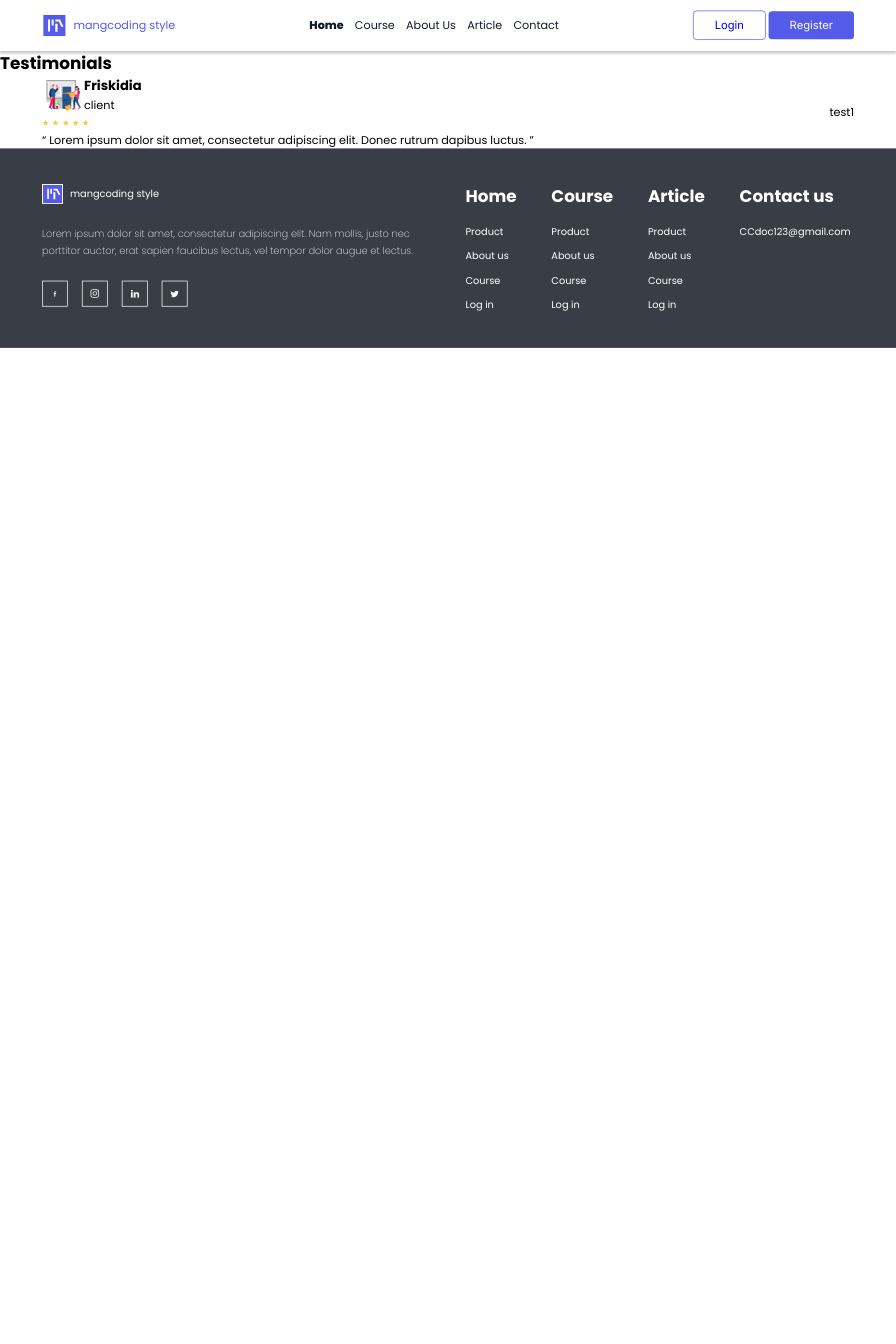
Repository: Dania-Alqam/landing-page
Page: index.html
These files come from the project's save history. The page is drawn as it stood at one moment and after the next save; the edit follows.
The browser window is 1280 px wide. The pictures show the part of the page from y = 0 to 1920 px (the page is 5000 px tall), at 70% of full size.

Above is the page before, as saved 2024-06-22 01:03:38.

After the next save:
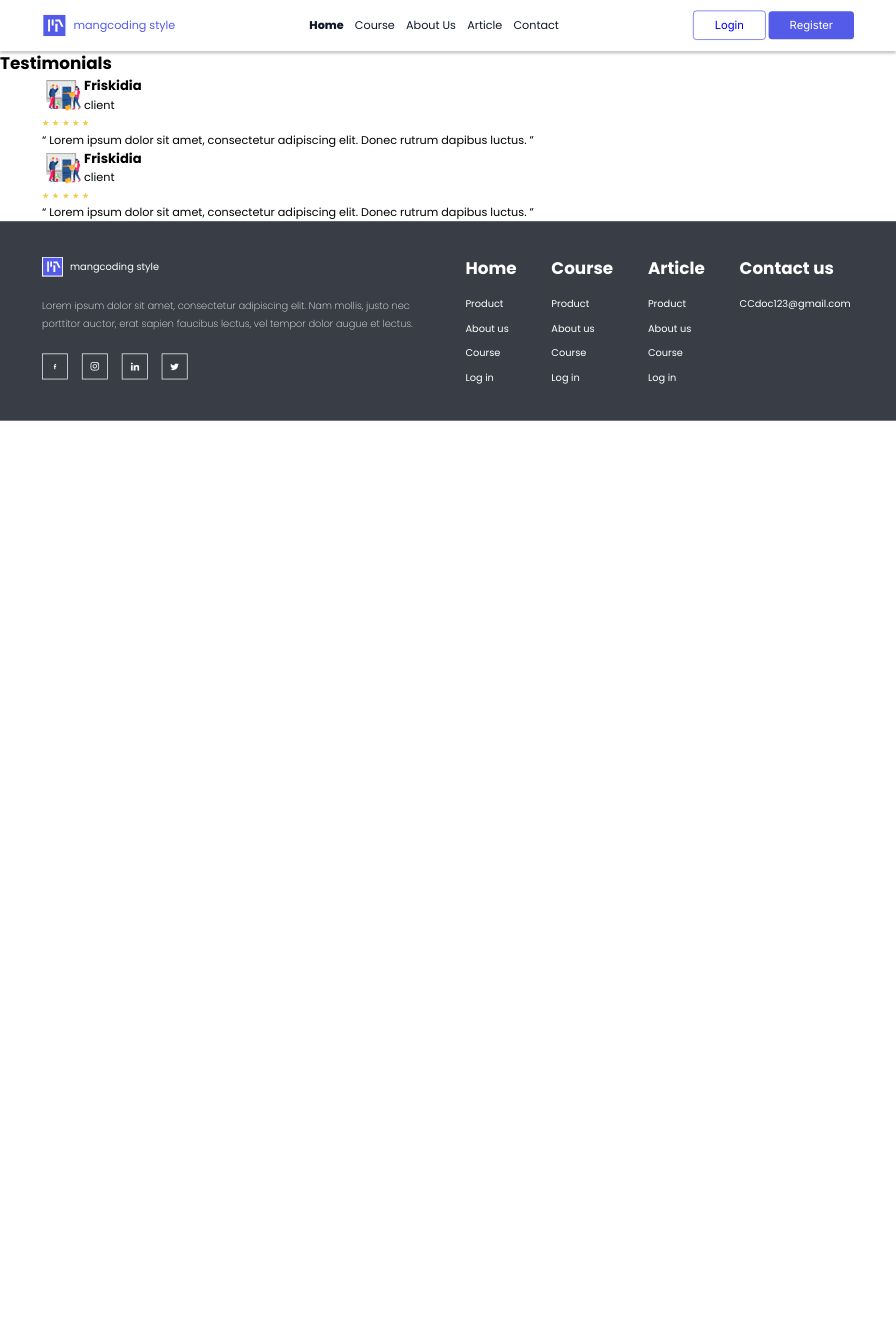
Saved 113 s later.
--- a/index.html
+++ b/index.html
@@ -73,7 +73,26 @@
                         </blockquote>
                     </div>
                     <div class="testimonial">
-                        test1
+                        <div class="user-info">
+                            <img src="assests/images/clients/2769802.jpg"/>
+                            <div class="user-data">
+                                <h3>Friskidia</h3>
+                                <span>client</span>
+                            </div>
+                        </div>
+                        <div class="ratings">
+                            <img src="./assests/images/public/Star.svg" alt="stars"/>
+                            <img src="./assests/images/public/Star.svg" alt="stars"/>
+                            <img src="./assests/images/public/Star.svg" alt="stars"/>
+                            <img src="./assests/images/public/Star.svg" alt="stars"/>
+                            <img src="./assests/images/public/Star.svg" alt="stars"/>
+
+                        </div>
+                        <blockquote>
+                            <q>
+                                Lorem ipsum dolor sit amet, consectetur adipiscing elit. Donec rutrum dapibus luctus.
+                            </q>
+                        </blockquote>
                     </div>
                 </div>
             </div>
